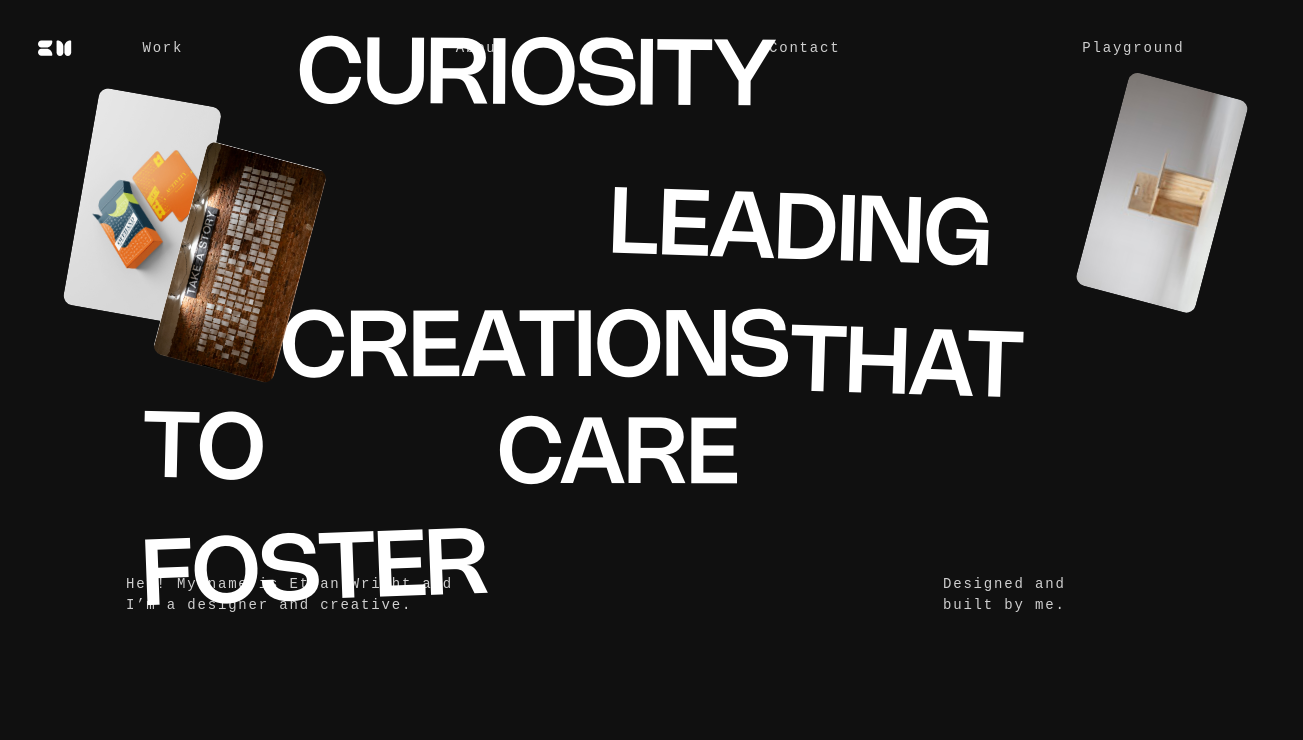
Repository: theethanwright/ethan_wright_portfolio
Page: home.html
The author's editor kept a copy of each file at every save. The page is drawn from the files as they stood at one save, then again after the next save.
The browser window is 1280 px wide. The page is 1303 px wide, so the pictures cover 1303 px, including what lies to the right of the window. The pictures show the whole page.
Some web libraries are served in a nearby version.

Above is the page before, as saved 2023-12-24 23:29:29.

After the next save:
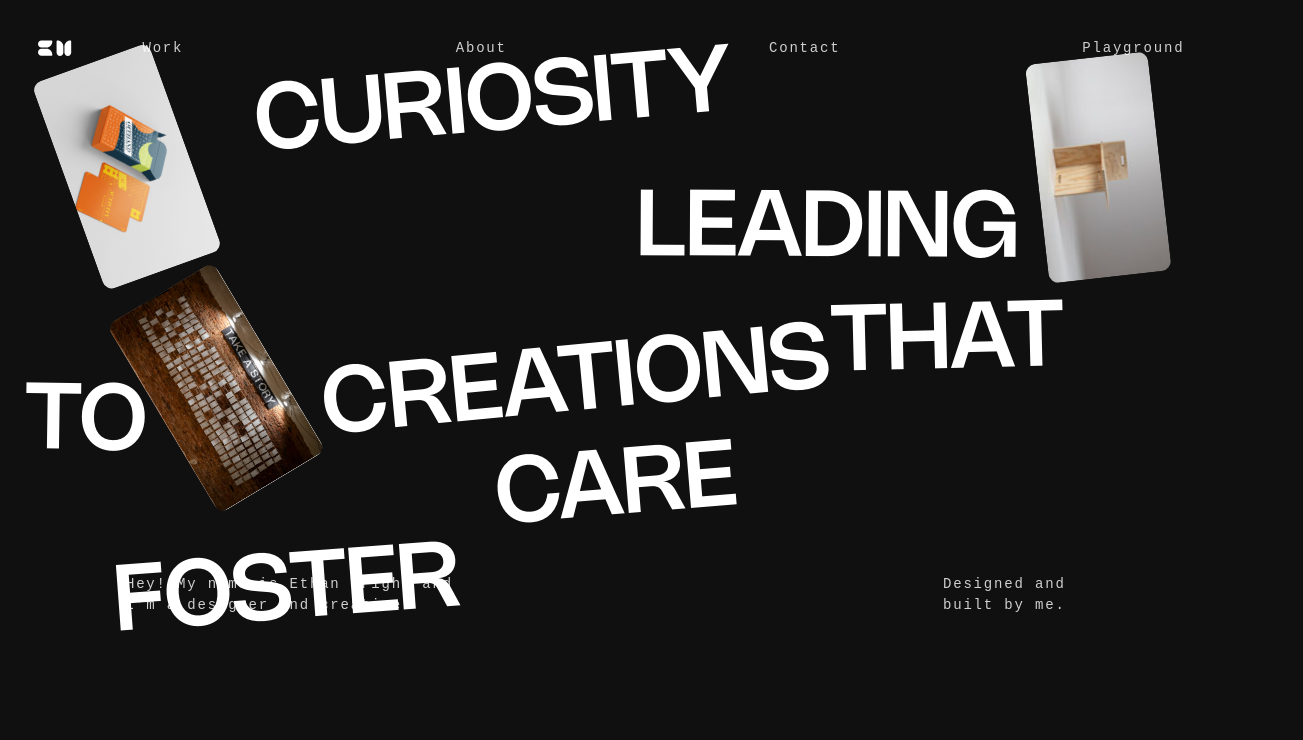
Saved 10 s later.
--- a/app.js
+++ b/app.js
@@ -99,7 +99,7 @@
     const randomLeft = Math.floor(Math.random() * window.innerWidth);
     const randomTop = Math.floor(Math.random() * window.innerHeight);
     const randomTime = Math.floor(Math.random() * 2500) + 2000;
-    const randomVelocity = Math.floor(Math.random() * 0.05) + -0.01;
+    const randomVelocity = Math.floor(Math.random() * 0.05) + 0.01;
     var startTime = 0,
      scaleRate = 0;
      const scalingDuration = 200;

After the 2 saves that followed:
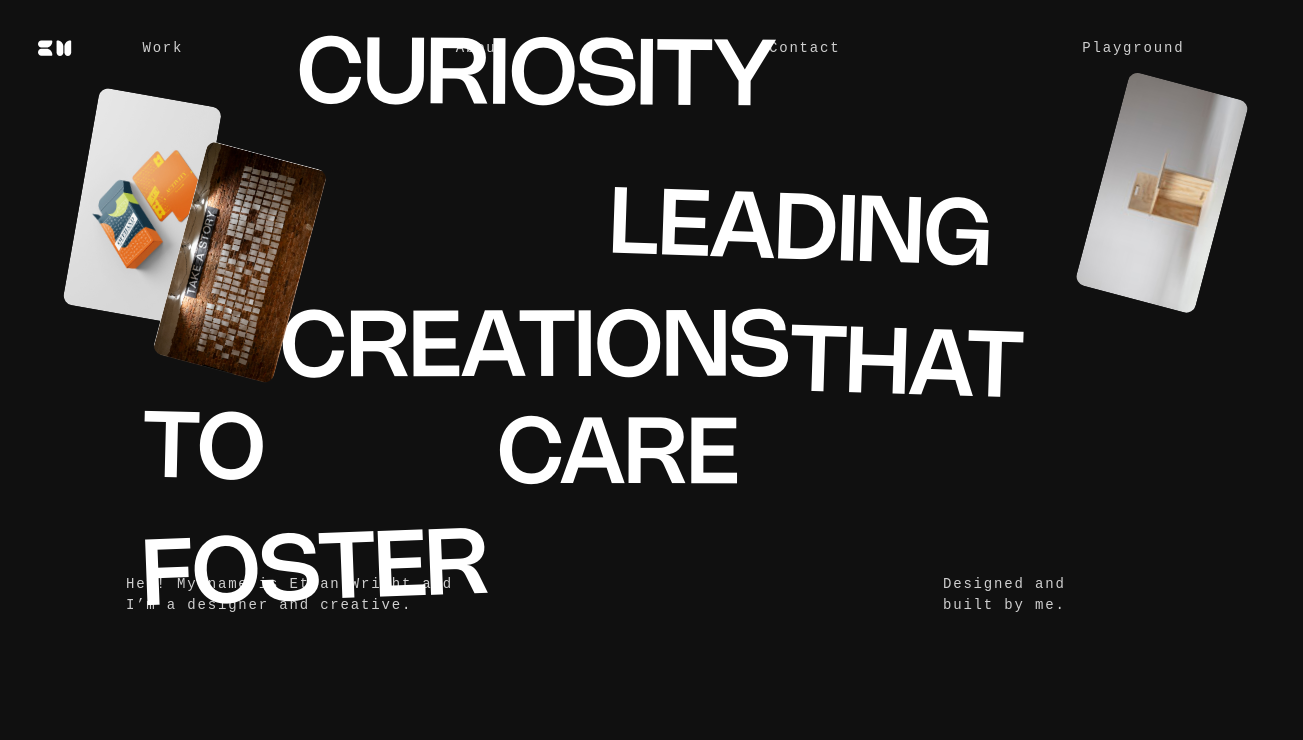
The 2 saves are shown as one change because 1 left the picture as it was.
The last was saved 55 s later.
--- a/app.js
+++ b/app.js
@@ -99,7 +99,7 @@
     const randomLeft = Math.floor(Math.random() * window.innerWidth);
     const randomTop = Math.floor(Math.random() * window.innerHeight);
     const randomTime = Math.floor(Math.random() * 2500) + 2000;
-    const randomVelocity = Math.floor(Math.random() * 0.05) + 0.01;
+    const randomVelocity = Math.floor(Math.random() * 0.02) + (-0.01);
     var startTime = 0,
      scaleRate = 0;
      const scalingDuration = 200;
